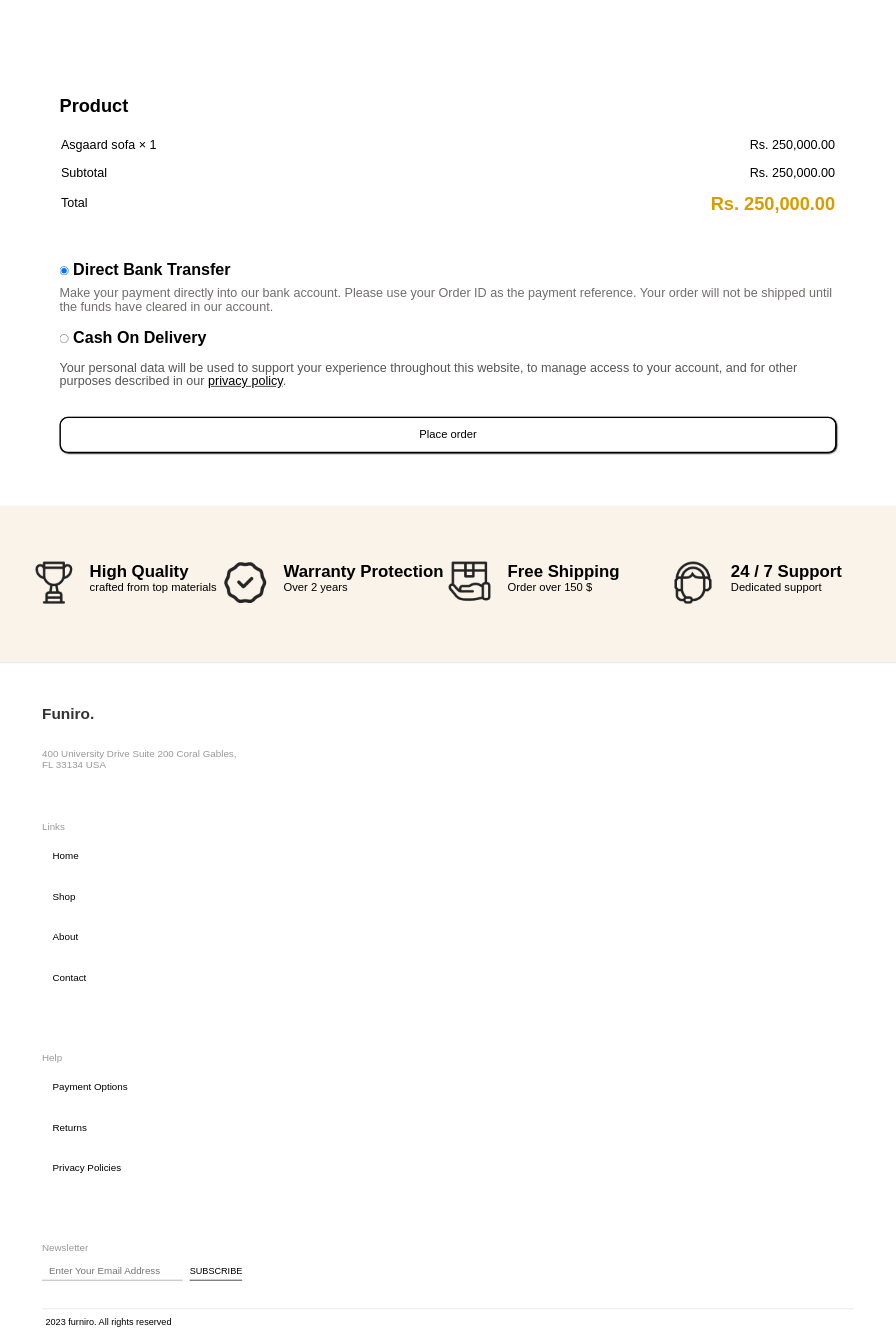
Repository: Ali1Kh/Furniro-ITI
Page: pages/checkout.html
These files come from the project's save history. The page is drawn as it stood at one moment and after the next save; the edit follows.
The browser window is 1280 px wide. The pictures show the part of the page from y = 1406 to 3326 px (the page is 3326 px tall before and 3166 px after), at 70% of full size.

Above is the page before, as saved 2025-07-19 20:43:40.

### pages/checkout.html
<!DOCTYPE html>
<html lang="en">

<head>
  <meta charset="UTF-8">
  <meta name="viewport" content="width=device-width, initial-scale=1.0">
  <title>CheckOut</title>
  <link rel="shortcut icon" href="../assets/icons/Logo.png" type="image/x-icon">
  <link rel="stylesheet" href="../styles/index.css">
  <link rel="stylesheet" href="../styles/checkout.css">
</head>

<body>

  <nav>
    <!-- Navigation -->
    <div class="navBar">
      <div class="text">
        <p>Furniro</p>
      </div>

      <div class="menu-icon" onclick="toggleSidebar()">☰</div>

      <div class="navBarLinks">
        <ul>
          <li><a href="/pages/home.html">Home</a></li>
          <li><a href="/pages/shop.html">Shop</a></li>
          <li><a href="/">About</a></li>
          <li><a href="/pages/contact.html">Contact</a></li>
        </ul>
      </div>

     <div class="navBarIcons">
        <a href="/pages/Compare.html"><i class="fa-solid fa-user"></i></a>
        <a href="/pages/shop.html"><i class="fa-solid fa-magnifying-glass"></i></a>
        <a href="/"><i class="fa-solid fa-heart"></i></a>
        <a href="/pages/checkout.html"><i class="fa-solid fa-cart-plus"></i></a>
      </div>
    </div>


    <!-- Sidebar for mobile -->
    <div class="sidebar" id="sidebar">
      <a href="" onclick="toggleSidebar()">✖</a>
      <a href="">Home</a>
      <a href="/pages/shop.html">Shop</a>
      <a href="/">About</a>
      <a href="/pages/contact.html">Contact</a>
    </div>
  </nav>

  <main class="checkout">
    <div id="home">
      <div class="img-conteaner">
        <img src="../assets/img/Rectangle 1.png" alt="">

        <div class="text-conteaner">
          <img src="../assets/icons/Logo.png" alt="" style="width: 100px;height: 77px;margin-top: -80px; left: 1px; ">
          <h2 style="font-size: 48px; font-family: Poppins; top: 20px;">Checkout</h2>
          <h3 style="top: 30px;left: -11px; "><span style="width: 48;height: 24;top: 295px;left: 660px; ">Home ></span>
            Checkout</h3>
        </div>
      </div>
    </div>

    <div id="content">
      <div class="form">
        <h1 style="font-family: Poppins;font-weight: 600;font-style: SemiBold;font-size: 36px;">Billing details</h1>
        <br><br>
        <form>
          <div class="input" style="width: 200px;">
            <label>First name</label><br>
            <input type="text" name="firatname" id="firatname">
          </div>

          <div class="input" style="width: 200px; position: relative;bottom: 127px;left: 266px;">
            <label>Last name</label><br>
            <input type="text" name="lastname" id="lastname">
          </div>

          <div class="input" style="position: relative; bottom: 90px; width: 450px;">
            <label>Company Name (Optional)</label><br>
            <input type="text" name="Companyname(Optional)" id="Companyname(Optional)">
          </div>

          <div class="input" style="position: relative; bottom: 90px; width: 450px;">
            <label>Country / Region</label><br>
            <select>
              <option></option>
              <option>UK</option>
              <option>Argantina</option>
              <option>Brasil</option>
              <option>Egypt</option>
              <option>USA</option>
            </select>
          </div>

          <div class="input" style="position: relative; bottom: 90px; width: 450px;">
            <label>Street address</label><br>
            <input type="text" name="Streetaddress" id="Streetaddress">
          </div>

          <div class="input" style="position: relative; bottom: 90px; width: 450px;">
            <label>Phone</label><br>
            <input type="number" name="Phone" id="Phone">
          </div>

          <div class="input" style="position: relative; bottom: 90px; width: 450px;">
            <label>Email address</label><br>
            <input type="email" name="Emailaddress" id="Emailaddress">
          </div><br><br>

        </form>
      </div>
      <div class="table">
        <div class="order-summary">
          <h2>Product</h2>
          <table>
            <tr>
              <td>Asgaard sofa × 1</td>
              <td style="text-align: right;">Rs. 250,000.00</td>
            </tr>
            <tr>
              <td>Subtotal</td>
              <td style="text-align: right;">Rs. 250,000.00</td>
            </tr>
            <tr>
              <td>Total</td>
              <td style="text-align: right;" class="total">Rs. 250,000.00</td>
            </tr>
          </table><br><br>

          <div class="payment-methods">
            <label><input type="radio" name="payment" checked> Direct Bank Transfer</label>
            <p>
              Make your payment directly into our bank account. Please use your Order ID as the payment reference. Your
              order will not be shipped until the funds have cleared in our account.
            </p>

            <label><input type="radio" name="payment"> Cash On Delivery</label>
          </div>

          <div class="privacy">
            Your personal data will be used to support your experience throughout this website, to manage access to your
            account, and for other purposes described in our <a href="#">privacy policy</a>.
          </div>

          <button class="btn">Place order</button>
        </div>
      </div>
    </div>

    <div id="quality">
      <div class="1"
        style="display: flex; gap: 1.5rem; padding-top: 80px; padding-bottom: 80px;width: 25%;padding-left: 50px;">
        <div class="l"><img src="../assets/icons/Group copy.png" alt=""></div>
        <div class="r">
          <h2>High Quality</h2>
          <p>crafted from top materials</p>
        </div>

      </div>
      <div class="2" style="display: flex; gap: 1.5rem; padding-top: 80px; padding-bottom: 80px;width: 25%;">
        <div class="l"><img src="../assets/icons/Group (2).png" alt=""></div>
        <div class="r">
          <h2>Warranty Protection</h2>
          <p>Over 2 years</p>
        </div>

      </div>
      <div class="3" style="display: flex; gap: 1.5rem; padding-top: 80px; padding-bottom: 80px;width: 25%;">
        <div class="l"><img src="../assets/icons/Vector (2).png" alt=""></div>
        <div class="r">
          <h2>Free Shipping</h2>
          <p>Order over 150 $</p>
        </div>

      </div>
      <div class="4" style="display: flex; gap: 1.5rem; padding-top: 80px; padding-bottom: 80px;width: 25%;">
        <div class="l"><img src="../assets/icons/customer-support.png" alt=""></div>
        <div class="r">
          <h2>24 / 7 Support</h2>
          <p>Dedicated support</p>
        </div>

      </div>

    </div>
  </main>

  <footer class="footer">
    <div class="footer-container">
      <div class="footer-sec">
        <h2 class="logo">Funiro.</h2>
        <p style="padding-top: 20px;">400 University Drive Suite 200 Coral Gables,<br>FL 33134 USA</p>
      </div>

      <div class="footer-sec">
        <h4>Links</h4>
        <ul>
          <li><a href="#">Home</a></li>
          <li><a href="#">Shop</a></li>
          <li><a href="#">About</a></li>
          <li><a href="#">Contact</a></li>
        </ul>
      </div>

      <div class="footer-sec">
        <h4>Help</h4>
        <ul>
          <li><a href="#">Payment Options</a></li>
          <li><a href="#">Returns</a></li>
          <li><a href="#">Privacy Policies</a></li>
        </ul>
      </div>

      <div class="footer-sec new">
        <h4>Newsletter</h4>
        <div class="subscribe">
          <input type="email" placeholder="Enter Your Email Address">
          <button>SUBSCRIBE</button>
        </div>
      </div>
    </div>

    <div class="footer-bottom">
      <p>2023 furniro. All rights reserved</p>
    </div>
  </footer>

  <script src="../scripts/index.js"></script>

</body>

</html>

### styles/index.css
:root {
  --mainColor: #feeed8;
}

* {
  margin: 0;
  padding: 0;
  box-sizing: border-box;
}

body {
  font-family: "Poppins", sans-serif;
}

.navBar img {
  display: inline;
}

.navBar {
  width: 100%;
  height: 80px;
  display: flex;
  justify-content: space-between;
  align-items: center;
  padding: 0 50px;
  background-color: #fff;
  z-index: 1000;
  position: sticky;
  top: 0;
}

.navBarLinks ul {
  list-style: none;
  display: flex;
  gap: 60px;
}

.navBarLinks a {
  text-decoration: none;
  font-size: 18px;
  color: black;
}

.navBarIcons {
  display: flex;
  gap: 30px;
}

.text p {
  font-weight: bold;
  font-size: 22px;
  color: #b88e2f;
}

/* Sidebar for mobile */
.sidebar {
  height: 100%;
  width: 0;
  position: fixed;
  background-color: #8d8d8d;
  overflow-x: hidden;
  transition: 0.3s;
  padding-top: 60px;
  z-index: 999;
}
.sidebar a {
  padding: 12px 20px;
  text-decoration: none;
  font-size: 20px;
  color: white;
  display: block;
}
.sidebar a:hover {
  background-color: #444;
}

.menu-icon {
  font-size: 28px;
  cursor: pointer;
  display: none;
  padding: 15px;
}

/* Quality */

#quality {
  display: flex;
  background-color: rgba(250, 243, 234, 1);
  width: 100%;
}

/* Page Header */

#pageHeader .imge {
  position: relative;
  width: 100%;
  height: auto;
}

#pageHeader .imge img {
  width: 100%;
  height: auto;
  display: block;
}

#pageHeader .adresIn {
  position: absolute;
  top: 50%;
  left: 50%;
  transform: translate(-50%, -50%);
  color: black;
  text-align: center;
}

#pageHeader .mainP1 {
  font-size: 48px;
}
#pageHeader .scoundP1 {
  font-size: 16px;
}

.footerBox {
  height: 400px;
  width: 100%;
}
.with-line::before,
.with-line::after {
  content: "";
  display: block;
  height: 1px;
  background-color: #c6c6c6;
  margin: 20px auto;
  width: 100%;
}

.with-line::after {
  width: 82%;
}

.infoterbox {
  margin-left: 100px;
  margin-right: 100px;
  display: grid;
  grid-template-columns: 1fr 1fr 1fr 1.5fr;
  gap: 20px;
  padding: 30px;
  color: white;

  height: 100%;
}

.mainFooterBar {
  font-weight: bold;
  font-size: 24px;
  color: #000;
}
.scoundFooterBar {
  font-size: 16px;
  font-weight: 300;
  color: #9f9f9f;
  position: relative;
  top: 40px;
}

.prgraphF {
  position: relative;
  top: 54px;
}

.infoterboxLM a,
.infoterboxRM a {
  display: block;
  margin-top: 55px;
  text-decoration: none;
  color: #000;
  width: 70%;
}

.infoterboxLM p,
.infoterboxRM p,
.prgraphFF p {
  font-size: 16px;
  font-weight: 300;
  color: #9f9f9f;
}

.SUBSCRIBE {
  position: relative;
  top: 53px;
}

.SUBSCRIBE button {
  font-size: 14px;
  font-weight: bold;
  width: 85px;
  height: 21px;
  border: none;
  border-bottom: 1px solid black;
  margin-left: 15px;
  background-color: white;

  cursor: pointer;
}

.SUBSCRIBE input {
  font-size: 14px;
  width: 200px;
  height: 21px;
  color: #9f9f9f;
  border: none;
  border-bottom: 1px solid black;
}

.SUBSCRIBE input:focus {
  outline: none;
}

@media (max-width: 768px) {
  .navBarLinks {
    display: none;
  }
  .menu-icon {
    display: block;
  }
  .navBarIcons {
    display: none;
  }
}

@media (max-width: 767px) {
  .navBarIcons {
    display: none;
  }
}

### styles/checkout.css
* {
  margin: 0;
  padding: 0;
}
.checkout ul {
  list-style: none;
}

.checkout a {
  text-decoration: none;
}

/* start header */

#header {
  background-color: rgb(250, 245, 240);
  border: 1px solid #ccc;
  width: 100%;
  height: 90px;
}
#header .navbar {
  display: flex;
  justify-content: space-between;
  align-items: center;
}
#header .navbar .logo {
  display: flex;
  width: 185;
  height: 41;
  opacity: 1;
  top: 29px;
  left: 54px;
  gap: 5px;
}
#header .navbar img {
  width: 185;
  height: 41px;
  top: 29px;
  left: 54px;
  gap: 5px;
}

/* #header .navbar .imgs{
    width: 300px;
    display: flex;
    position: relative;
    bottom: 10px;
} */

#header .navbar ul {
  display: flex;
}
#header .navbar ul li a {
  position: relative;
  color: black;
  font-size: 25px;
  margin: 0 20px;
  font-weight: bold;
  transition: 0.3s ease;
  bottom: 15px;
}
#header .navbar ul li a:hover {
  color: bisque;
}

/* finish header */

.img-conteaner {
  position: relative;
  width: 100%;
}

.img-conteaner img {
  width: 100%;
  height: 316px;
  top: 100px;
}

.text-conteaner {
  position: absolute;
  top: 50%;
  left: 50%;
  transform: translate(-50%, -50%);
}
.text-conteaner h3 {
  position: relative;
  bottom: 90px;
  left: 40px;
}
.text-conteaner h2 {
  position: relative;
  bottom: 90px;
  left: -50px;
}

/* #content {
  display: flex;
  justify-content: space-between;
  gap: 8rem;
  max-width: 1240px;
  margin: auto;
  padding-top: 100px;
}

.form {
  width: 50%;
} */







#content {
  display: flex;
  justify-content: space-between;
  flex-wrap: wrap; /* مهم جدا */
  gap: 2rem;
  max-width: 1200px;
  margin: auto;
  padding: 50px 20px;
}

.form, .table {
  flex: 1 1 100%; /* هتكون عمودين فوق بعض مبدئياً */
}















.form h1 {
  font-size: 36px;
  font-weight: 600;
  margin-bottom: 30px;
}

form label {
  font-weight: 500;
  margin-bottom: 8px;
  display: block;
  font-size: 15px;
}

form input,
form select {
  width: 100%;
  padding: 22px;
  border: 2px solid #ccc;
  border-radius: 10px;
  font-size: 14px;
}

.input {
  margin-bottom: 20px;
}

.table {
  width: 48%;
}

.order-summary {
  padding: 25px;
}

.order-summary h2 {
  font-size: 26px;
  margin-bottom: 20px;
}

.order-summary table {
  width: 100%;
  margin-bottom: 20px;
}

.order-summary table td {
  padding: 8px 0;
  font-size: 18px;
}

.order-summary .total {
  font-weight: bold;
  color: #d89c00;
  font-size: 26px;
}

.payment-methods label {
  display: block;
  margin-bottom: 10px;
  font-weight: bold;
  font-size: 23px;
}

.payment-methods p {
  font-size: 18px;
  color: #716d6d;
  margin: 10px 0 20px;
  line-height: 1.1;
}

.privacy {
  font-size: 18px;
  color: #555;
  margin: 20px 0;
  line-height: 1.1;
}

.privacy a {
  text-decoration: underline;
  color: black;
}

/* .btn {
  padding: 15px 100px;
  background: #fff;
  border: 2px solid black;
  border-radius: 12px;
  font-size: 16px;
  transition: 0.3s ease;
  margin-left: 100px;
  margin-top: 10px;
  box-shadow: 1px 1px 1px black;
} */




.btn {
  width: 100%;
  padding: 15px;
  background: #fff;
  border: 2px solid black;
  border-radius: 12px;
  font-size: 16px;
  margin-top: 20px;
  box-shadow: 1px 1px 2px black;
}

.btn:hover {
  background-color: #babd8e;
}

.footer {
  background-color: #fff;
  padding: 40px 60px 20px;
  border-top: 1px solid #e0e0e0;
  color: #333;
}

/* .footer-container {
  display: flex;
} */



.footer-container {
  display: flex;
  flex-wrap: wrap;
  justify-content: space-between;
  gap: 2rem;
}


.footer-sec {
  flex: 1 1 100%;
  margin: 20px 0;
}

.footer-sec h2.logo {
  font-size: 22px;
  font-weight: 700;
  margin-bottom: 15px;
}

.footer-sec h4 {
  font-size: 14px;
  font-weight: 500;
  color: #999;
  margin-bottom: 10px;
}

.footer-sec ul {
  list-style: none;
  padding: 0;
  margin: 0;
}

.footer-sec ul li {
  margin-bottom: 10px;
  padding: 15px;
}

.footer-sec ul li a {
  text-decoration: none;
  color: #000;
  font-size: 14px;
}

.footer-sec p {
  color: #999;
  font-size: 14px;
}

.new .subscribe {
  display: flex;
  gap: 10px;
  margin-top: 10px;
}

.new input {
  padding: 6px 10px;
  font-size: 14px;
  border: none;
  border-bottom: 1px solid #999;
  outline: none;
}

.new button {
  background: none;
  border: none;
  border-bottom: 1px solid #000;
  color: #000;
  font-size: 13px;
  font-weight: 500;
}

.footer-bottom {
  border-top: 1px solid #e0e0e0;
  padding: 5px;
  margin-top: 20px;
  padding-top: 10px;
  text-align: left;
  font-size: 13px;
  color: #000;
}


.navBar {
  display: flex;
  justify-content: space-between;
  align-items: center;
  padding: 20px 40px;
  flex-wrap: wrap;
}

.navBar .menu-icon {
  display: none;
  font-size: 28px;
  cursor: pointer;
}

.navBarLinks ul,
.navBarIcons {
  display: flex;
  gap: 15px;
}

.sidebar {
  display: none;
  position: fixed;
  top: 0;
  right: 0;
  background-color: white;
  width: 250px;
  height: 100%;
  padding: 20px;
  z-index: 999;
  flex-direction: column;
  box-shadow: -2px 0 10px rgba(0,0,0,0.1);
}

.sidebar a {
  display: block;
  padding: 15px;
  font-size: 18px;
  color: #333;
  text-decoration: none;
}

@media (max-width: 768px) {
  .navBarLinks,
  .navBarIcons {
    display: none;
  }

  .menu-icon {
    display: block;
  }

  .sidebar {
    display: flex;
  }

   .form, .table {
    flex: 1 1 48%;
  }

    .btn {
    width: auto;
    padding: 15px 100px;
    margin-left: 100px;
  }
}

### scripts/index.js
function toggleSidebar() {
  const sidebar = document.getElementById("sidebar");
  if (sidebar.style.width === "250px") {
    sidebar.style.width = "0";
  } else {
    sidebar.style.width = "250px";
  }
}

function toggleSidebar() {
  const sidebar = document.getElementById("sidebar");
  if (sidebar.style.display === "flex") {
    sidebar.style.display = "none";
  } else {
    sidebar.style.display = "flex";
  }
}

After the next save:
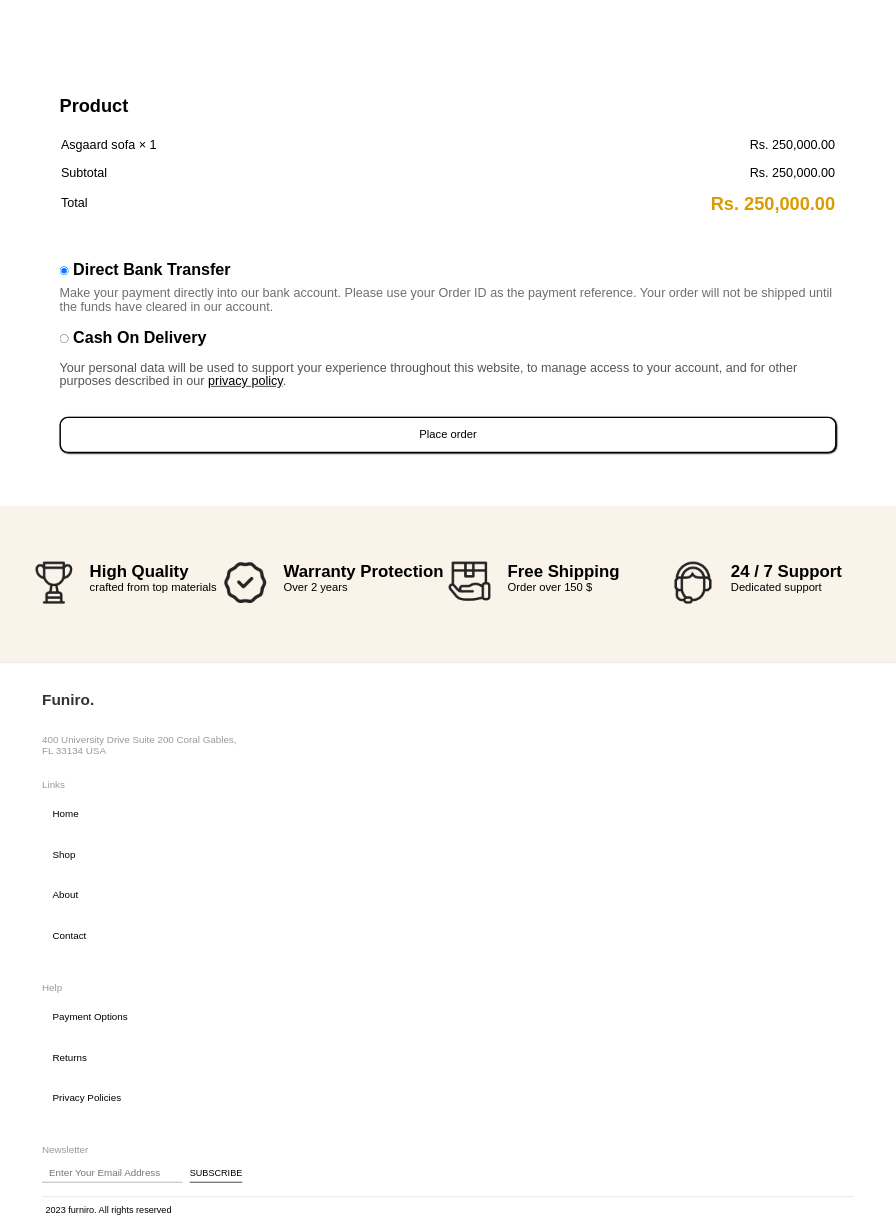
Saved 6 s later.
--- a/styles/checkout.css
+++ b/styles/checkout.css
@@ -274,7 +274,6 @@ form select {
 
 .footer-sec {
   flex: 1 1 100%;
-  margin: 20px 0;
 }
 
 .footer-sec h2.logo {
